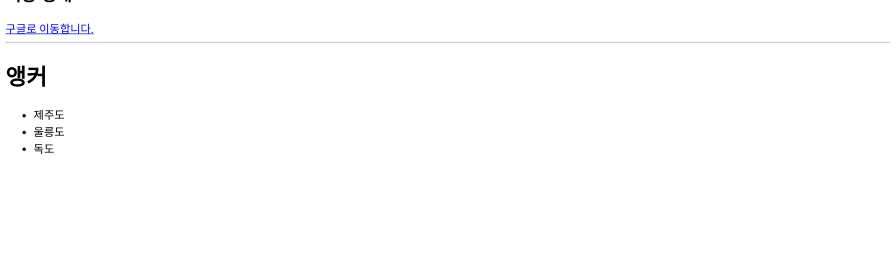
Repository: sinsujung/client
Page: ClientTest/src/main/webapp/html/ex11link.html
These files come from the project's save history. The page is drawn as it stood at one moment and after the next save; the edit follows.
The browser window is 1280 px wide. The pictures show the part of the page from y = 357 to 2277 px (the page is 720 px tall before and 8333 px after), at 70% of full size.

Above is the page before, as saved 2023-09-20 05:18:34.

After the next save:
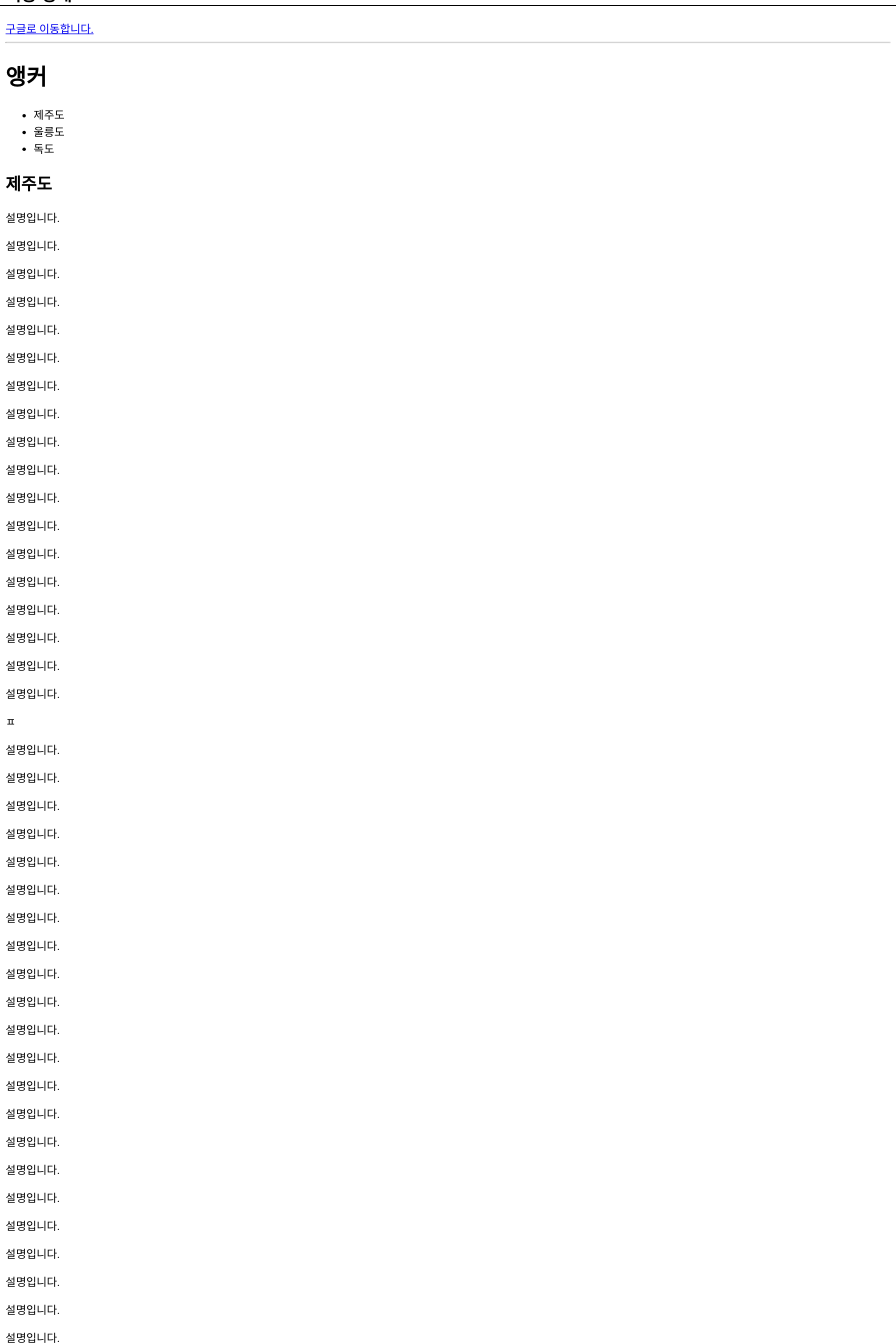
Saved 85 s later.
--- a/ClientTest/src/main/webapp/html/ex11link.html
+++ b/ClientTest/src/main/webapp/html/ex11link.html
@@ -40,5 +40,34 @@
  	<li>울릉도</li>
  	<li>독도</li>
  </ul>
+
+ <h2>제주도</h2>
+ <p>설명입니다.</p> <p>설명입니다.</p> <p>설명입니다.</p> <p>설명입니다.</p> <p>설명입니다.</p> <p>설명입니다.</p> <p>설명입니다.</p>
+  <p>설명입니다.</p> <p>설명입니다.</p> <p>설명입니다.</p> <p>설명입니다.</p> <p>설명입니다.</p> <p>설명입니다.</p> <p>설명입니다.</p> <p>설명입니다.</p> <p>설명입니다.</p> <p>설명입니다.</p> <p>설명입니다.</p>
+  ㅍ <p>설명입니다.</p> <p>설명입니다.</p> <p>설명입니다.</p> <p>설명입니다.</p> <p>설명입니다.</p> <p>설명입니다.</p> <p>설명입니다.</p> <p>설명입니다.</p> <p>설명입니다.</p> <p>설명입니다.</p>
+   <p>설명입니다.</p> <p>설명입니다.</p> <p>설명입니다.</p> <p>설명입니다.</p> <p>설명입니다.</p> <p>설명입니다.</p> <p>설명입니다.</p> <p>설명입니다.</p> <p>설명입니다.</p> <p>설명입니다.</p> <p>설명입니다.</p> <p>설명입니다.</p>
+    <p>설명입니다.</p> <p>설명입니다.</p> <p>설명입니다.</p> <p>설명입니다.</p> <p>설명입니다.</p> <p>설명입니다.</p> <p>설명입니다.</p> <p>설명입니다.</p> <p>설명입니다.</p> <p>설명입니다.</p> <p>설명입니다.</p> <p>설명입니다.</p> <p>설명입니다.</p>
+     <p>설명입니다.</p> <p>설명입니다.</p> <p>설명입니다.</p> <p>설명입니다.</p> <p>설명입니다.</p> <p>설명입니다.</p> <p>설명입니다.</p> <p>설명입니다.</p> <p>설명입니다.</p> <p>설명입니다.</p> <p>설명입니다.</p> <p>설명입니다.</p>
+
+
+
+ <h2>울릉도</h2>
+ <p>설명입니다.</p>
+ 설명입니다.</p> <p>설명입니다.</p> <p>설명입니다.</p> <p>설명입니다.</p> <p>설명입니다.</p> <p>설명입니다.</p> <p>설명입니다.</p>
+  <p>설명입니다.</p> <p>설명입니다.</p> <p>설명입니다.</p> <p>설명입니다.</p> <p>설명입니다.</p> <p>설명입니다.</p> <p>설명입니다.</p> <p>설명입니다.</p> <p>설명입니다.</p> <p>설명입니다.</p> <p>설명입니다.</p>
+  ㅍ <p>설명입니다.</p> <p>설명입니다.</p> <p>설명입니다.</p> <p>설명입니다.</p> <p>설명입니다.</p> <p>설명입니다.</p> <p>설명입니다.</p> <p>설명입니다.</p> <p>설명입니다.</p> <p>설명입니다.</p>
+   <p>설명입니다.</p> <p>설명입니다.</p> <p>설명입니다.</p> <p>설명입니다.</p> <p>설명입니다.</p> <p>설명입니다.</p> <p>설명입니다.</p> <p>설명입니다.</p> <p>설명입니다.</p> <p>설명입니다.</p> <p>설명입니다.</p> <p>설명입니다.</p>
+    <p>설명입니다.</p> <p>설명입니다.</p> <p>설명입니다.</p> <p>설명입니다.</p> <p>설명입니다.</p> <p>설명입니다.</p> <p>설명입니다.</p> <p>설명입니다.</p> <p>설명입니다.</p> <p>설명입니다.</p> <p>설명입니다.</p> <p>설명입니다.</p> <p>설명입니다.</p>
+     <p>설명입니다.</p> <p>설명입니다.</p> <p>설명입니다.</p> <p>설명입니다.</p> <p>설명입니다.</p> <p>설명입니다.</p> <p>설명입니다.</p> <p>설명입니다.</p> <p>설명입니다.</p> <p>설명입니다.</p> <p>설명입니다.</p> <p>설명입니다.</p>
+
+
+ <h2>독도</h2>
+ <p>설명입니다.</p>
+ 설명입니다.</p> <p>설명입니다.</p> <p>설명입니다.</p> <p>설명입니다.</p> <p>설명입니다.</p> <p>설명입니다.</p> <p>설명입니다.</p>
+  <p>설명입니다.</p> <p>설명입니다.</p> <p>설명입니다.</p> <p>설명입니다.</p> <p>설명입니다.</p> <p>설명입니다.</p> <p>설명입니다.</p> <p>설명입니다.</p> <p>설명입니다.</p> <p>설명입니다.</p> <p>설명입니다.</p>
+   <p>설명입니다.</p> <p>설명입니다.</p> <p>설명입니다.</p> <p>설명입니다.</p> <p>설명입니다.</p> <p>설명입니다.</p> <p>설명입니다.</p> <p>설명입니다.</p> <p>설명입니다.</p> <p>설명입니다.</p> <p>설명입니다.</p> <p>설명입니다.</p>
+    <p>설명입니다.</p> <p>설명입니다.</p> <p>설명입니다.</p> <p>설명입니다.</p> <p>설명입니다.</p> <p>설명입니다.</p> <p>설명입니다.</p> <p>설명입니다.</p> <p>설명입니다.</p> <p>설명입니다.</p> <p>설명입니다.</p> <p>설명입니다.</p> <p>설명입니다.</p>
+     <p>설명입니다.</p> <p>설명입니다.</p> <p>설명입니다.</p> <p>설명입니다.</p> <p>설명입니다.</p> <p>설명입니다.</p> <p>설명입니다.</p> <p>설명입니다.</p> <p>설명입니다.</p> <p>설명입니다.</p> <p>설명입니다.</p> <p>설명입니다.</p>
+
 </body>
 </html>
